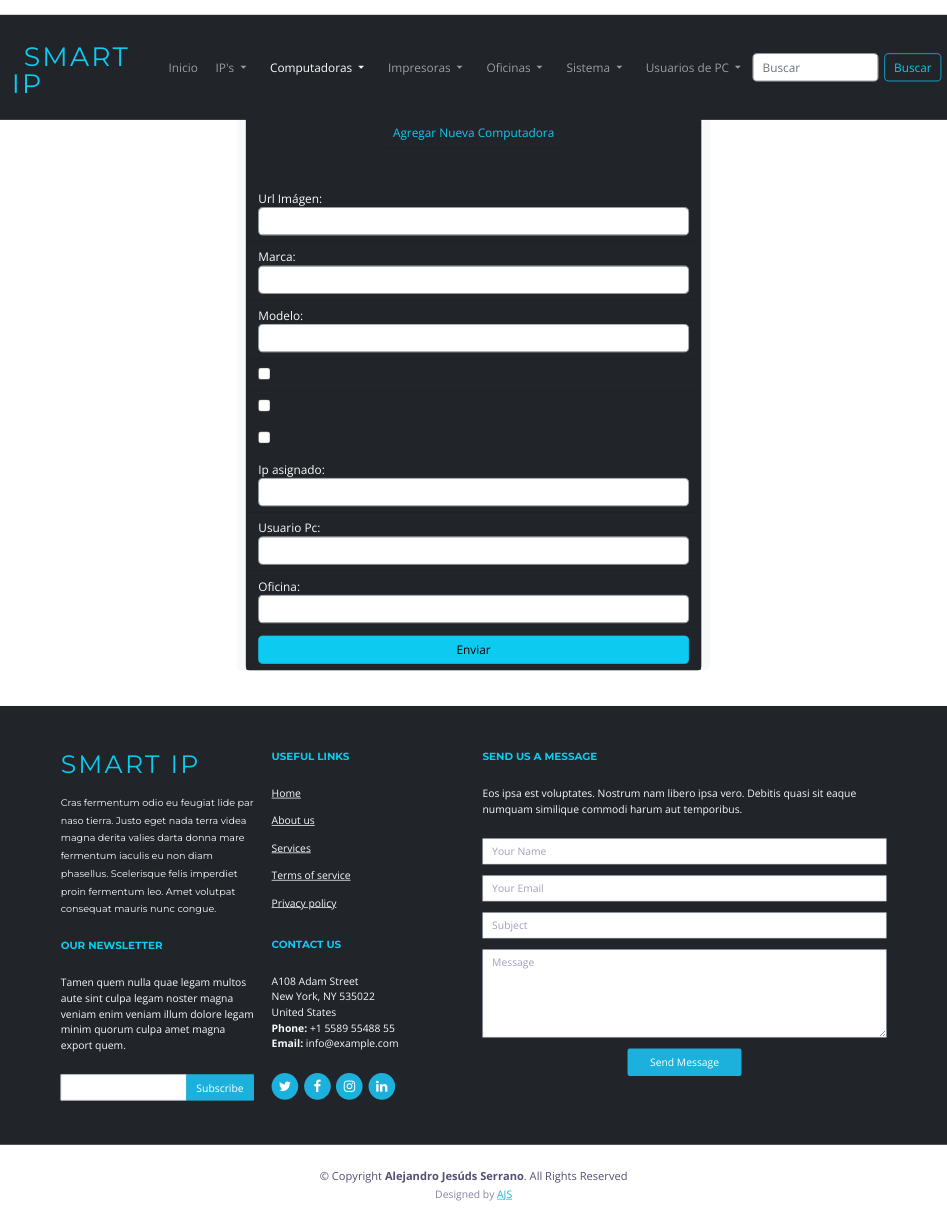
Repository: AlejandroJesusSerrano/SmartIPs
Page: smartip/smartipnav/templates/smartipnav/computer_form.html
These files come from the project's save history. The page is drawn as it stood at one moment and after the next save; the edit follows.
The browser window is 1280 px wide. The pictures show the whole page, at 74% of full size.
The page is served by the project's application, run on Django 4.2 (smartip/manage.py). The template is opened directly, without the code that normally fills it, so the values that code supplies are empty.

Above is the page before, as saved 2022-11-14 13:20:17.

After the next save:
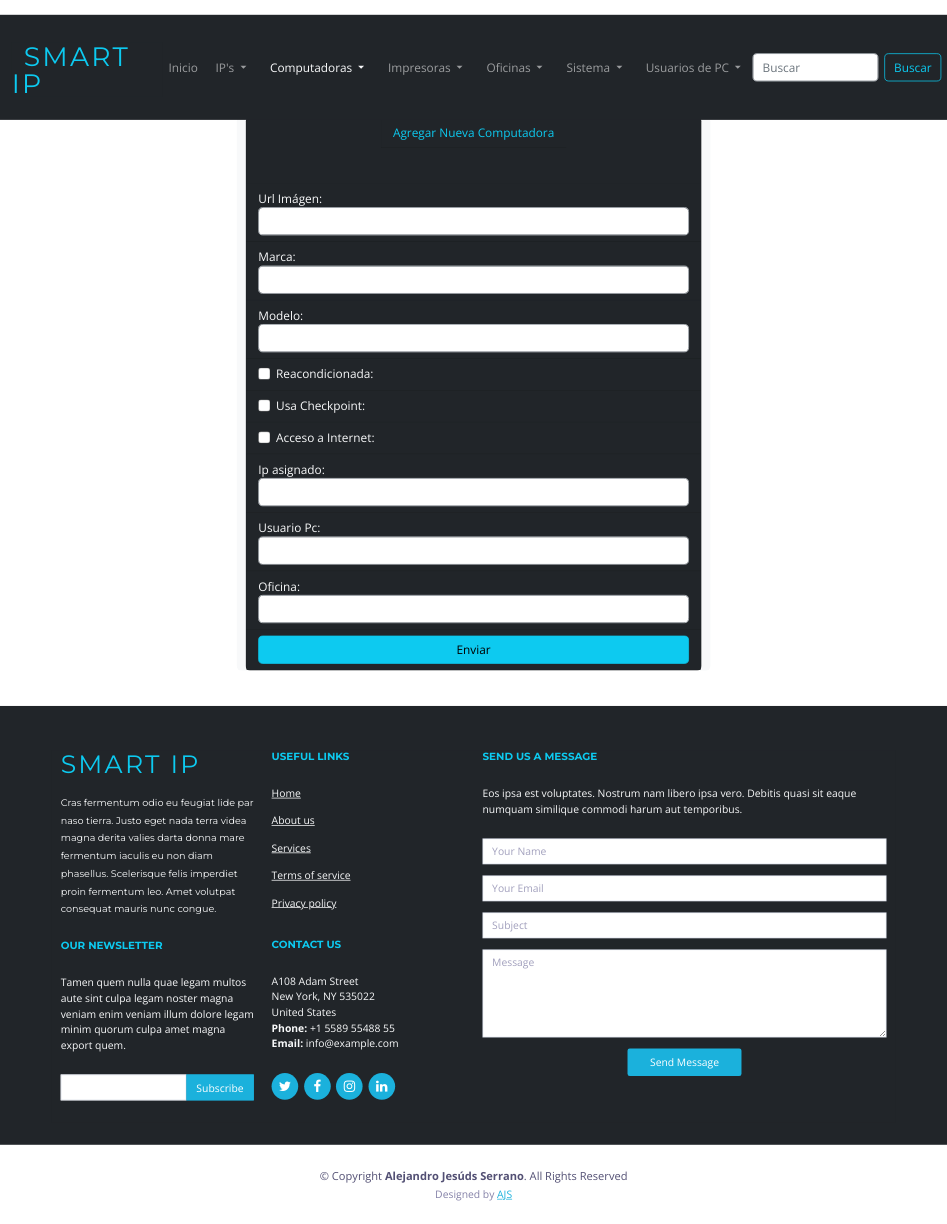
Saved 81 s later.
--- a/smartip/smartipnav/templates/smartipnav/computer_form.html
+++ b/smartip/smartipnav/templates/smartipnav/computer_form.html
@@ -28,26 +28,27 @@
                     </li>
                     <li class="list-group-item bg-dark">
                         <div class="form-check">
-                            <input class="form-check-input" type="checkbox" value="" id="flexCheckDefault">
-                            <label class="form-check-label" for="flexCheckDefault">
+                            <label class="form-check-label text-light" for="flexCheckDefault">
                                 Reacondicionada:
                             </label>
+                            <input class="form-check-input" type="checkbox" value="" id="flexCheckDefault">
+
                         </div>
                     </li>
                     <li class="list-group-item bg-dark">
                         <div class="form-check">
-                            <input class="form-check-input" type="checkbox" value="" id="flexCheckDefault">
-                            <label class="form-check-label" for="flexCheckDefault">
+                            <label class="form-check-label text-light" for="flexCheckDefault">
                                 Usa Checkpoint:
                             </label>
+                            <input class="form-check-input" type="checkbox" value="" id="flexCheckDefault">
                         </div>
                     </li>
                     <li class="list-group-item bg-dark">
                         <div class="form-check">
-                            <input class="form-check-input" type="checkbox" value="" id="flexCheckDefault">
-                            <label class="form-check-label" for="flexCheckDefault">
+                            <label class="form-check-label text-light for="flexCheckDefault">
                                 Acceso a Internet:
                             </label>
+                            <input class="form-check-input" type="checkbox" value="" id="flexCheckDefault">
                         </div>
                     </li>
                     <li class="list-group-item bg-dark">
